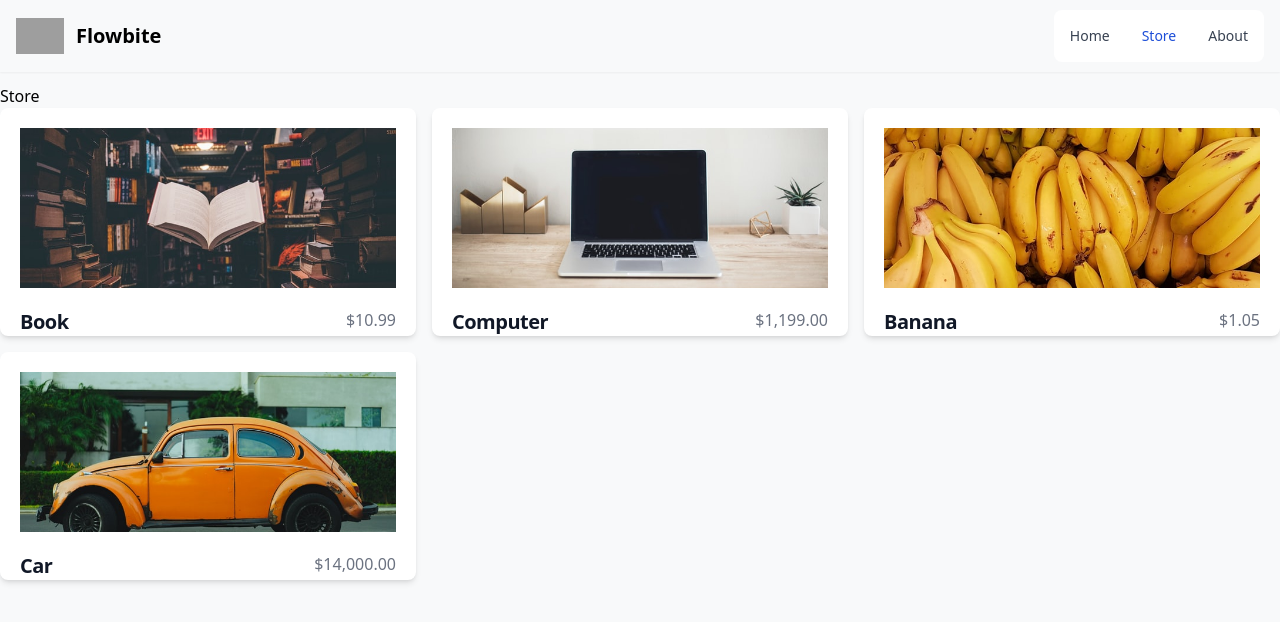
Repository: ducanhaep/react-ts-shopping-cart
Page: /store
These files come from the project's save history. The page is drawn as it stood at one moment and after the next save; the edit follows.
The browser window is 1280 px wide. The pictures show the whole page.
Pictures or frames that could not be fetched are drawn as grey boxes. The project was rebuilt for these pictures with package versions that can differ from the ones it lists, and the page was loaded fresh each time. Also part of the build but not shown: vite.config.ts, src/pages/About.js, src/pages/Home.js.

Above is the page before, as saved 2023-01-11 19:49:05.

After the next save:
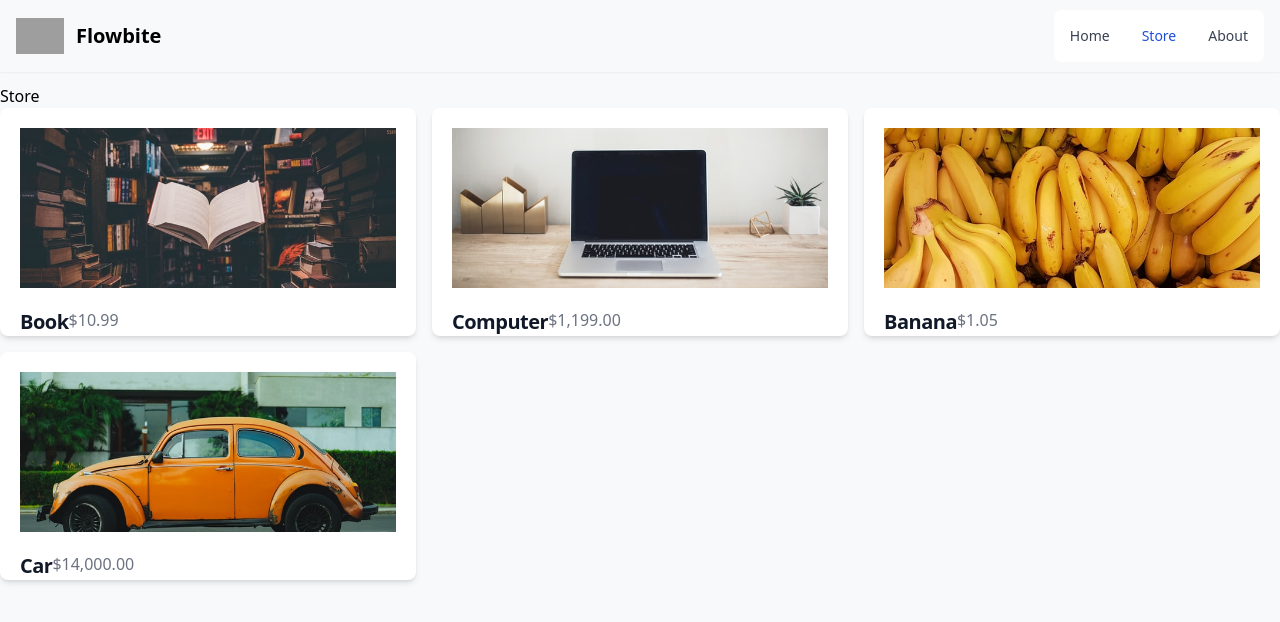
Saved 2 min 13 s later.
--- a/src/components/StoreItem.tsx
+++ b/src/components/StoreItem.tsx
@@ -19,13 +19,15 @@
           />
         </Link>
       </div>
-      <div className="flex justify-between px-5">
-        <Link to="#">
-          <h5 className="text-xl font-semibold tracking-tight text-gray-900">
-            {name}
-          </h5>
-        </Link>
-        <p className="text-gray-500 font-medium">{formatCurrency(price)}</p>
+      <div className="flex flex-column px-5">
+        <div className="flex justify-between">
+          <Link to="#">
+            <h5 className="text-xl font-semibold tracking-tight text-gray-900">
+              {name}
+            </h5>
+          </Link>
+          <p className="text-gray-500 font-medium">{formatCurrency(price)}</p>
+        </div>
       </div>
     </div>
   );

After the save that followed:
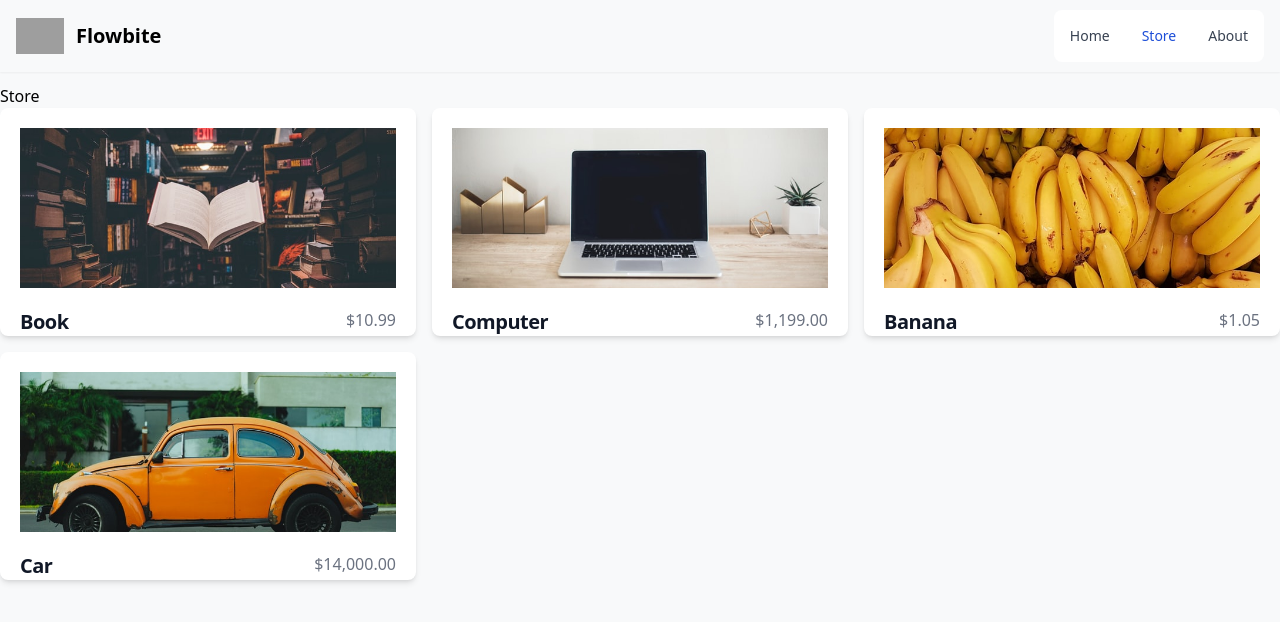
Saved 16 s later.
--- a/src/components/StoreItem.tsx
+++ b/src/components/StoreItem.tsx
@@ -19,7 +19,7 @@
           />
         </Link>
       </div>
-      <div className="flex flex-column px-5">
+      <div className="flex flex-col px-5">
         <div className="flex justify-between">
           <Link to="#">
             <h5 className="text-xl font-semibold tracking-tight text-gray-900">
